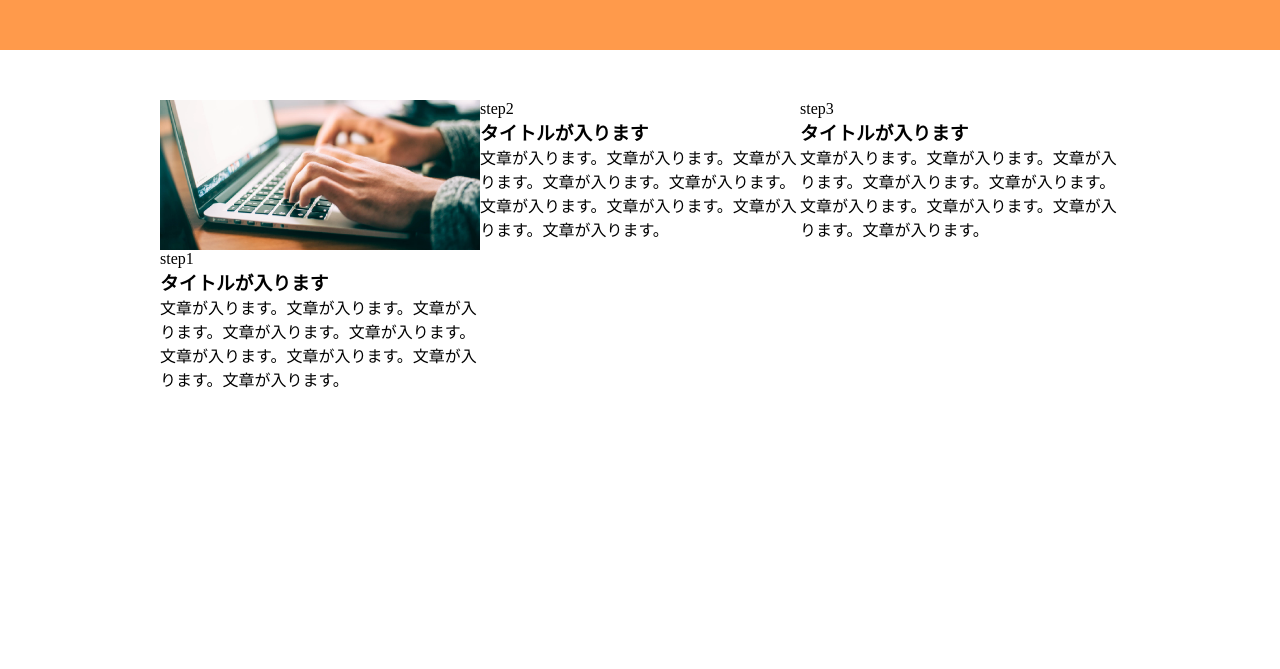
Repository: takuto27/ouyou
Page: chapter9-2_exercise/ensyu9-2.html
The author's editor kept a record of every edit. The page is drawn from the files as they stood at one moment, then again after the next edit.
The browser window is 1280 px wide. The pictures show the whole page.

Above is the page before.

### chapter9-2_exercise/ensyu9-2.html
<!DOCTYPE html>
<html lang="ja">
  <head>
    <meta charset="UTF-8" />
    <link rel=stylesheet href="ensyu9-2.css" />
    <title>演習９－２</title>
  </head>

  <body>
    <header></header>

    <main>
      <div class="step.box">
        <div class="step-img1"></div>
        <span class="step-num">step1</span>
        <h3 class="title">タイトルが入ります</h3>
        <p class="text">文章が入ります。文章が入ります。文章が入ります。文章が入ります。文章が入ります。文章が入ります。文章が入ります。文章が入ります。文章が入ります。</p>
      </div>
      <div class="step.box">
        <div class="step-img2"></div>
        <span class="step-num">step2</span>
        <h3 class="title">タイトルが入ります</h3>
        <p class="text">文章が入ります。文章が入ります。文章が入ります。文章が入ります。文章が入ります。文章が入ります。文章が入ります。文章が入ります。文章が入ります。</p>
      </div>
      <div class="step.box">
        <div class="step-img3"></div>
        <span class="step-num">step3</span>
        <h3 class="title">タイトルが入ります</h3>
        <p class="text">文章が入ります。文章が入ります。文章が入ります。文章が入ります。文章が入ります。文章が入ります。文章が入ります。文章が入ります。文章が入ります。</p>
      </div>
    </main>
    <footer></footer>
  </body>
</html>

### chapter9-2_exercise/ensyu9-2.css
* {
  margin: 0;
  padding: 0;
  box-sizing: border-box;
}
header {
  width: 100%;
  height: 50px;
  background-color: #FF9A4B;
}
main {
  width: 960px;
  display: flex;
  justify-content: center;
  margin: 0 auto;
  padding: 50px 0;
}
.box {
  width: 300px;
  margin-right: 30px;
  padding: 10px;
   position: relative;
  background-color: #eeeeee;
}
.step-img1 {
  height: 150px;
  background-image: url(img/flow01.png);
  background-position: bottom;
  background-size: cover;
}

After the next edit:
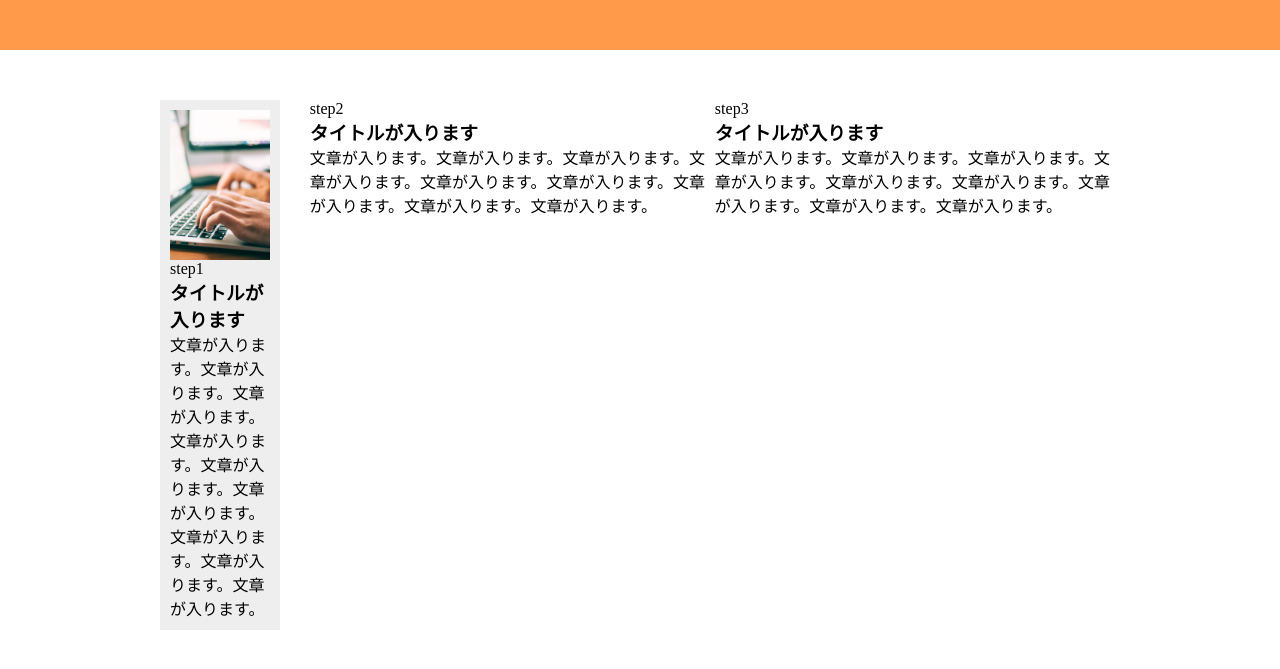
The edit:
--- a/chapter9-2_exercise/ensyu9-2.html
+++ b/chapter9-2_exercise/ensyu9-2.html
@@ -10,7 +10,7 @@
     <header></header>
 
     <main>
-      <div class="step.box">
+      <div class="box">
         <div class="step-img1"></div>
         <span class="step-num">step1</span>
         <h3 class="title">タイトルが入ります</h3>
